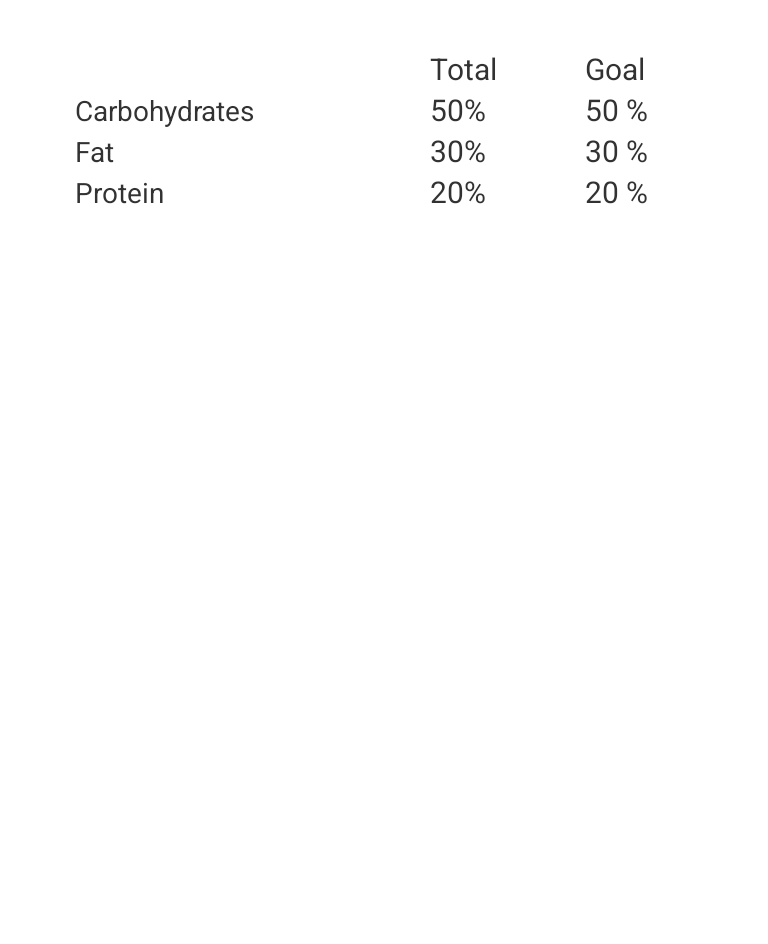
Repository: JieD/nutriy
Layout: NutriY/res/layout/fragment_nutrition_chart.xml
The author's editor kept a copy of each file at every save. The layout is drawn from the files as they stood at one save, then again after the next save.
The pictures show rows 336 to 1280 of an output 1280 px tall.
It is drawn on a 768 x 1280 px phone screen (xhdpi) without system bars, with theme AppTheme; the app's code is not run.

Above is the layout before, as saved 2014-05-11 04:52:44.

After the next save:
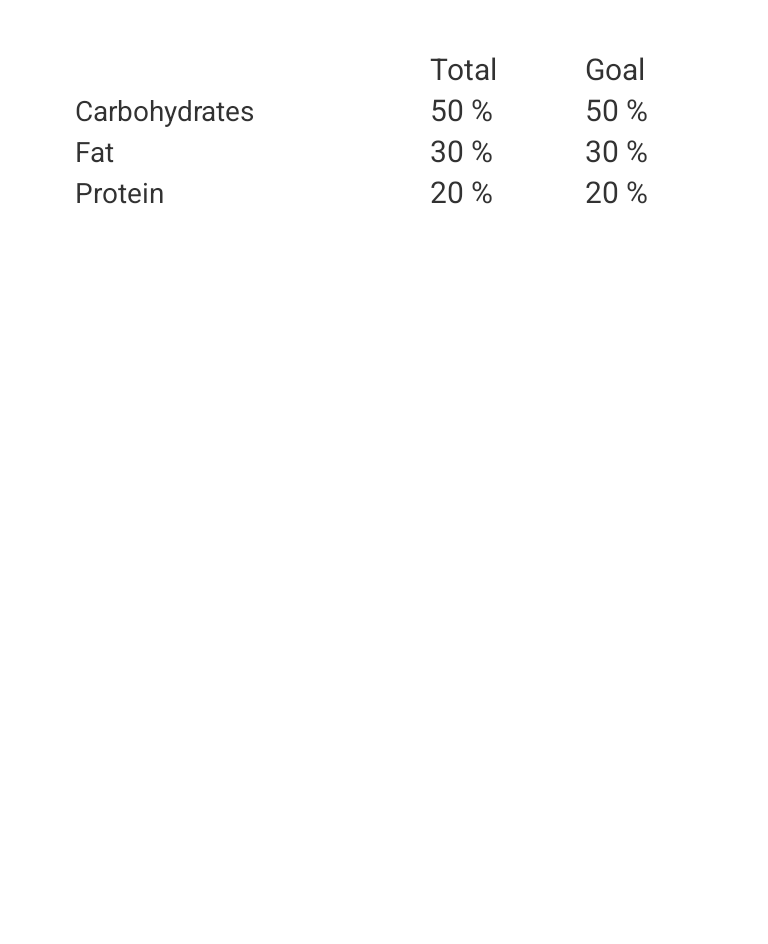
Saved 15 s later.
--- a/NutriY/res/layout/fragment_nutrition_chart.xml
+++ b/NutriY/res/layout/fragment_nutrition_chart.xml
@@ -59,7 +59,7 @@
                  android:text="@string/Carbohydrates" />
              <TextView
                  android:layout_weight="2"
-                 android:text="50%"
+                 android:text="50 %"
                  android:textSize="@dimen/medium_text_size" />
              <TextView
                  android:layout_weight="2"
@@ -75,7 +75,7 @@
                  android:text="@string/Fat" />
              <TextView
                  android:layout_weight="2"
-                 android:text="30%"
+                 android:text="30 %"
                  android:textSize="@dimen/medium_text_size" />
              <TextView
                  android:layout_weight="2"
@@ -91,7 +91,7 @@
                  android:text="@string/Protein" />
              <TextView
                  android:layout_weight="2"
-                 android:text="20%"
+                 android:text="20 %"
                  android:textSize="@dimen/medium_text_size" />
              <TextView
                  android:layout_weight="2"
